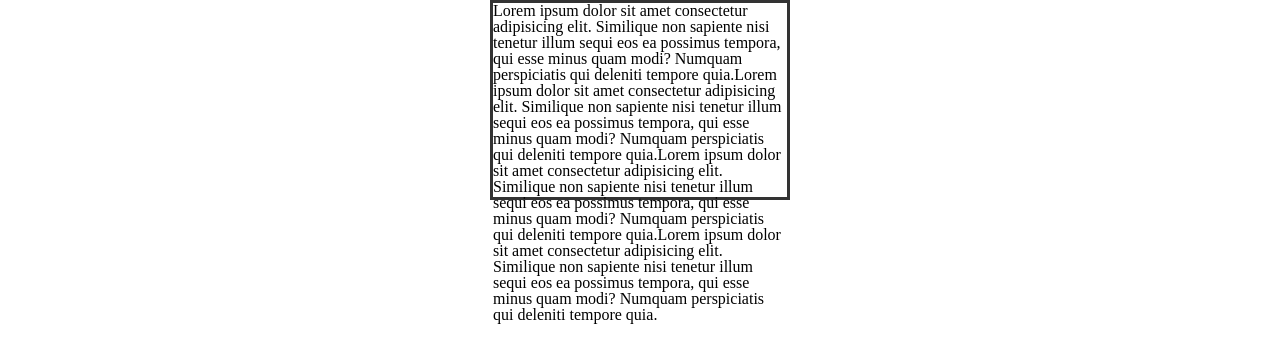
Repository: hoang71299/fe_26
Page: noti/index.html
An editor plug-in stored every save of this project. The page is shown before and after a run of saves, followed by the edit.
The browser window is 1280 px wide. The pictures show the whole page.

Above is the page before, as saved 2023-04-07 13:20:08.

After the next 2 saves:
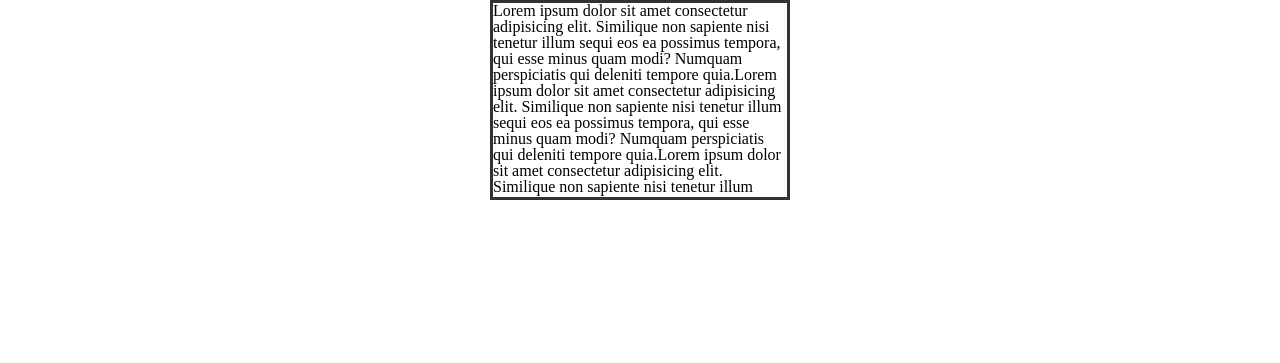
The 2 saves are shown as one change because they came seconds apart.
The last was saved 7 s later.
--- a/noti/style.css
+++ b/noti/style.css
@@ -38,5 +38,5 @@ body {
   width: 300px;
   height: 200px;
   margin: 0 auto;
-  over
+  overflow: hidden;
 }
